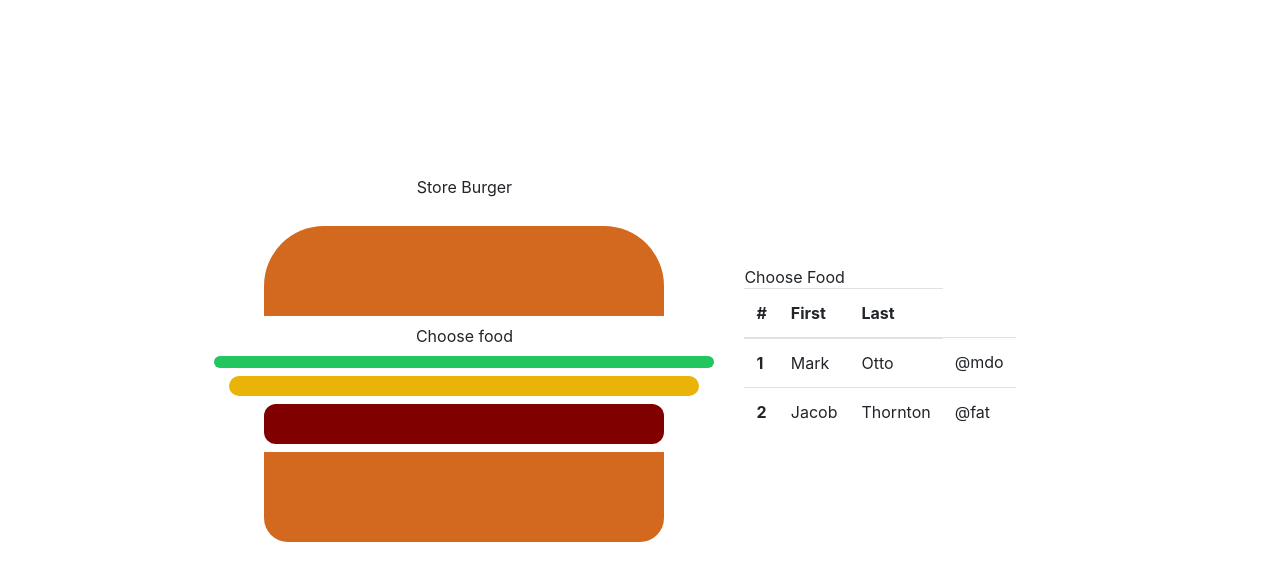
Repository: baobaodeveloper/bootcamp21_HuynhAnhBao_Burger
Page: /
An editor plug-in stored every save of this project. The page is shown before and after the next save, followed by the edit.
The browser window is 1280 px wide. The pictures show the whole page.
The project was rebuilt for these pictures with package versions that can differ from the ones it lists, and the page was loaded fresh each time. Also part of the build but not shown: vite.config.js.

Above is the page before, as saved 2022-05-15 17:08:49.

### index.html
<!DOCTYPE html>
<html lang="en">
  <head>
    <title>Title</title>
    <!-- Required meta tags -->
    <meta charset="utf-8" />
    <meta
      name="viewport"
      content="width=device-width, initial-scale=1, shrink-to-fit=no"
    />

    <!-- Bootstrap CSS -->
    <link
      rel="stylesheet"
      href="https://stackpath.bootstrapcdn.com/bootstrap/4.3.1/css/bootstrap.min.css"
      integrity="sha384-ggOyR0iXCbMQv3Xipma34MD+dH/1fQ784/j6cY/iJTQUOhcWr7x9JvoRxT2MZw1T"
      crossorigin="anonymous"
    />
  </head>
  <body>
    <div id="root"></div>
    <!-- Optional JavaScript -->
    <!-- jQuery first, then Popper.js, then Bootstrap JS -->
    <script
      src="https://code.jquery.com/jquery-3.3.1.slim.min.js"
      integrity="sha384-q8i/X+965DzO0rT7abK41JStQIAqVgRVzpbzo5smXKp4YfRvH+8abtTE1Pi6jizo"
      crossorigin="anonymous"
    ></script>
    <script
      src="https://cdnjs.cloudflare.com/ajax/libs/popper.js/1.14.7/umd/popper.min.js"
      integrity="sha384-UO2eT0CpHqdSJQ6hJty5KVphtPhzWj9WO1clHTMGa3JDZwrnQq4sF86dIHNDz0W1"
      crossorigin="anonymous"
    ></script>
    <script
      src="https://stackpath.bootstrapcdn.com/bootstrap/4.3.1/js/bootstrap.min.js"
      integrity="sha384-JjSmVgyd0p3pXB1rRibZUAYoIIy6OrQ6VrjIEaFf/nJGzIxFDsf4x0xIM+B07jRM"
      crossorigin="anonymous"
    ></script>

    <script type="module" src="/src/main.jsx"></script>
  </body>
</html>

### src/App.jsx
import Burger from "./components/Burger";

function App() {
  return <Burger></Burger>;
}

export default App;

### src/components/Burger.jsx
import React from "react";

export default function Burger() {
  return (
    <div>
      <div className="flex items-center gap-x-20  w-screen h-screen mx-auto justify-center">
        <div className="flex flex-col justify-center items-center gap-y-2 w-[400px]">
          <h2 className="mb-20">Store Burger</h2>
          <div className="bg-[#D2691E] w-full h-[30px] relative">
            <div className="bg-[#D2691E] w-full h-[60px] absolute top-0 left-0 -translate-y-[60px] rounded-tl-full rounded-tr-full"></div>
          </div>
          <p>Choose food</p>
          {/* loop here */}
          <div className="h-3 bg-green-500 w-[500px] rounded-full"></div>
          <div className="h-5 bg-yellow-500 w-[470px] rounded-full"></div>
          <div className="h-10 bg-[#800000] w-[400px] rounded-xl"></div>

          <div className="w-full bg-[#D2691E] h-[90px] rounded-br-3xl rounded-bl-3xl"></div>
        </div>

        <div className="">
          <h2>Choose Food</h2>
          <table class="table">
            <thead>
              <tr>
                <th scope="col">#</th>
                <th scope="col">First</th>
                <th scope="col">Last</th>
              </tr>
            </thead>
            <tbody>
              <tr>
                <th scope="row">1</th>
                <td>Mark</td>
                <td>Otto</td>
                <td>@mdo</td>
              </tr>
              <tr>
                <th scope="row">2</th>
                <td>Jacob</td>
                <td>Thornton</td>
                <td>@fat</td>
              </tr>
            </tbody>
          </table>
        </div>
      </div>
    </div>
  );
}

Loaded but not shown: src/main.jsx (common file); src/index.scss (common file); tailwind.config.js (common file)

After the next save:
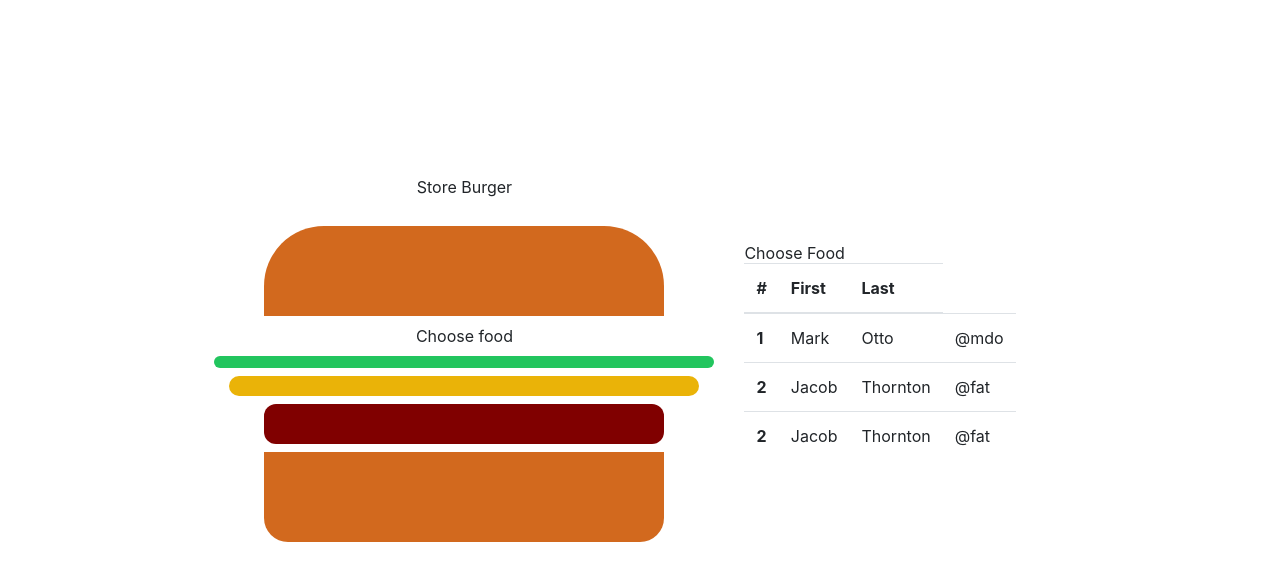
Saved 31 s later.
--- a/src/components/Burger.jsx
+++ b/src/components/Burger.jsx
@@ -41,6 +41,12 @@
                 <td>Thornton</td>
                 <td>@fat</td>
               </tr>
+              <tr>
+                <th scope="row">2</th>
+                <td>Jacob</td>
+                <td>Thornton</td>
+                <td>@fat</td>
+              </tr>
             </tbody>
           </table>
         </div>

After the save that followed:
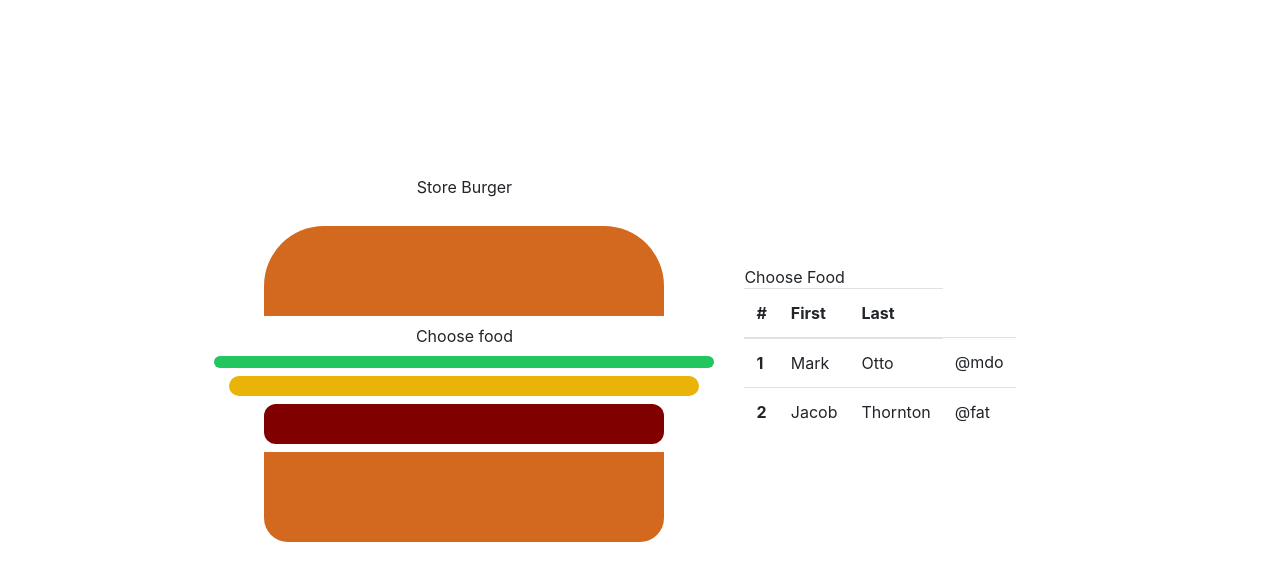
Saved 16 s later.
--- a/src/components/Burger.jsx
+++ b/src/components/Burger.jsx
@@ -41,12 +41,6 @@
                 <td>Thornton</td>
                 <td>@fat</td>
               </tr>
-              <tr>
-                <th scope="row">2</th>
-                <td>Jacob</td>
-                <td>Thornton</td>
-                <td>@fat</td>
-              </tr>
             </tbody>
           </table>
         </div>
